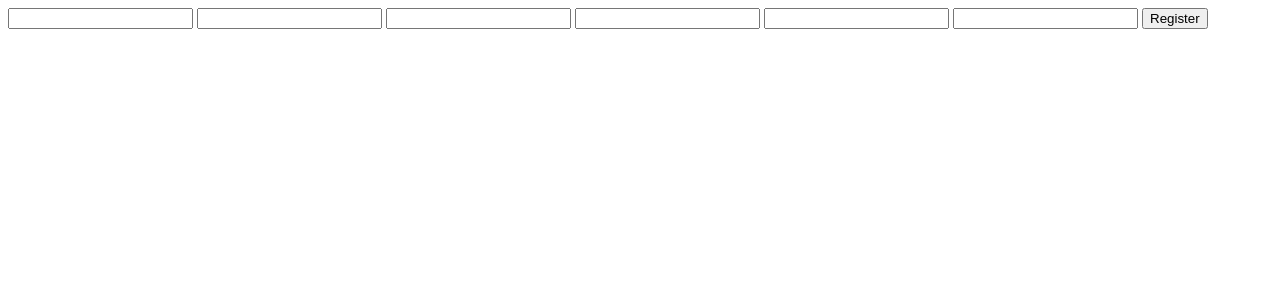
Repository: rhddbr24/bookstore
Page: src/main/resources/templates/user/register.html
These files come from the project's save history. The page is drawn as it stood at one moment and after the next save; the edit follows.
The browser window is 1280 px wide. The pictures show the whole page.

Above is the page before, as saved 2025-07-09 16:18:28.

After the next save:
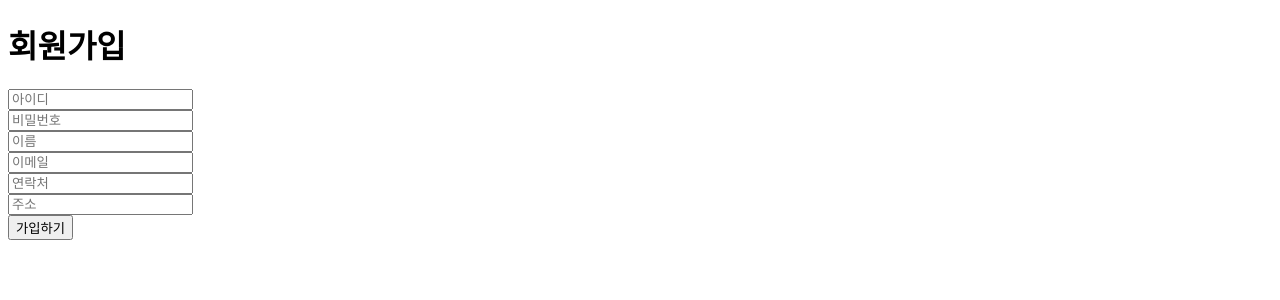
Saved 6 s later.
--- a/src/main/resources/templates/user/register.html
+++ b/src/main/resources/templates/user/register.html
@@ -1,18 +1,18 @@
 <!DOCTYPE html>
-<html lang="ko">
+<html xmlns:th="http://www.thymeleaf.org">
 <head>
-    <meta charset="UTF-8">
-    <title>Title</title>
+    <title>회원가입</title>
 </head>
 <body>
-    <form method="post" action="/register" enctype="multipart/form-data">
-        <input type="text" name="id">
-        <input type="password" name="pwd">
-        <input type="text" name="email">
-        <input type="text" name="phone">
-        <input type="text" name="address">
-        <input type="text" name="name">
-        <button type="submit">Register</button>
-    </form>
+<h1>회원가입</h1>
+<form th:action="@{/users/register}" method="post">
+    <input type="text" name="username" placeholder="아이디" required/><br/>
+    <input type="password" name="password" placeholder="비밀번호" required/><br/>
+    <input type="text" name="name" placeholder="이름" required/><br/>
+    <input type="email" name="email" placeholder="이메일" required/><br/>
+    <input type="text" name="phone" placeholder="연락처"/><br/>
+    <input type="text" name="address" placeholder="주소"/><br/>
+    <button type="submit">가입하기</button>
+</form>
 </body>
 </html>
